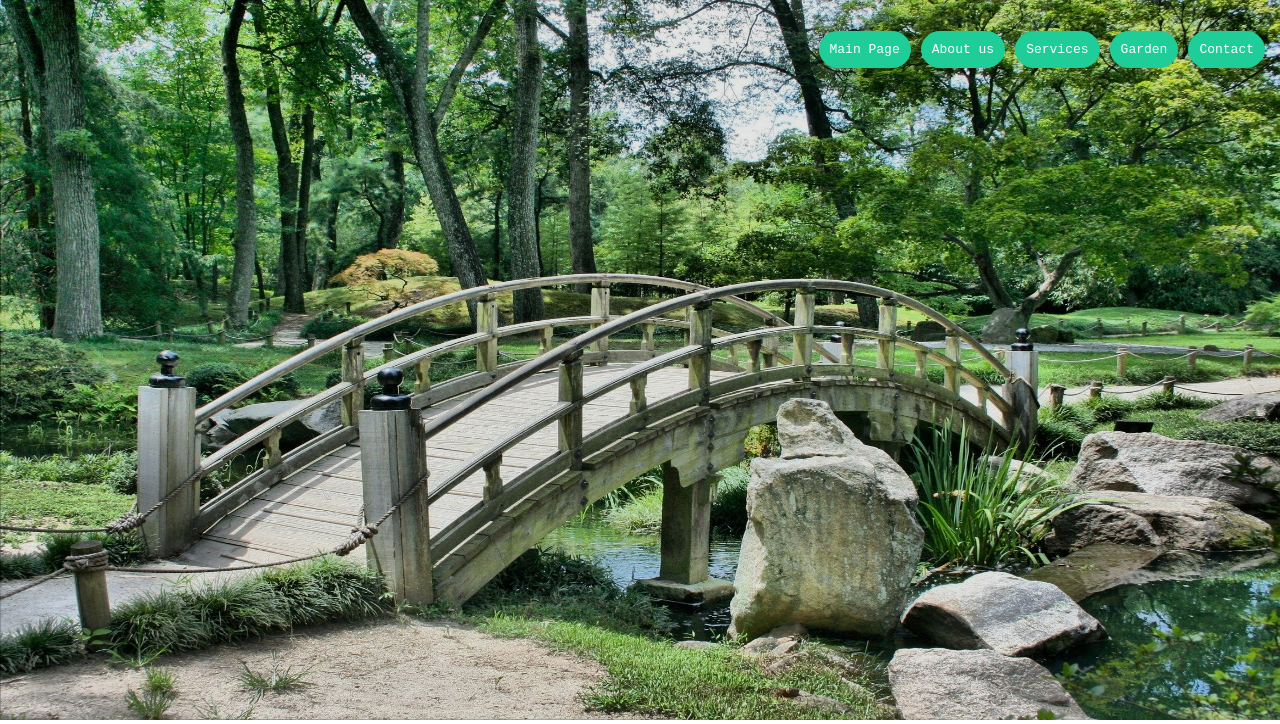
Repository: PatryxB/garden
Page: http://localhost/
These files come from the project's save history. The page is drawn as it stood at one moment and after the next save; the edit follows.
The browser window is 1280 px wide. The pictures show the whole page.
Some web fonts or font styles are not loaded; a fallback is used. The page is served by the project's Laravel application, run on PHP 8.4 with Laravel 8. Style sheets and scripts are compiled from the project's sources, by tool versions that may differ from the author's.

Above is the page before, as saved 2020-05-01 21:22:22.

After the next save:
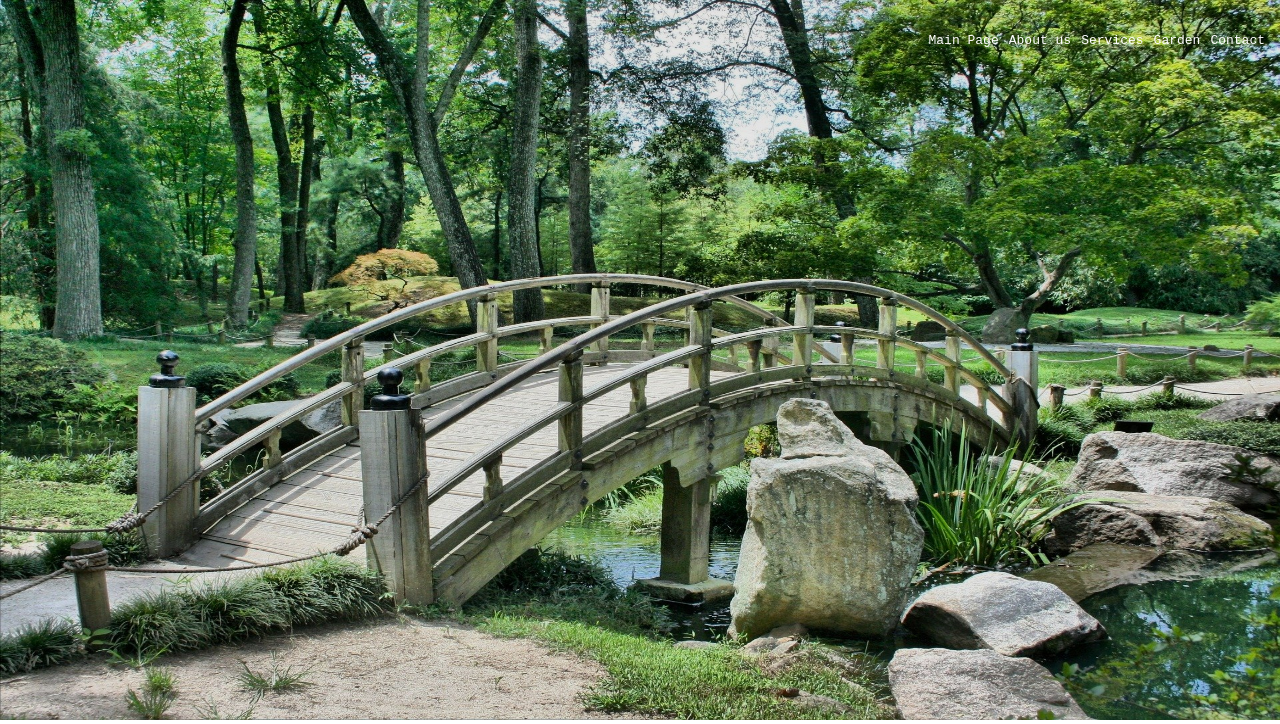
Saved 3 min 33 s later.
--- a/resources/sass/app.scss
+++ b/resources/sass/app.scss
@@ -20,14 +20,9 @@ nav ul li a{
     text-decoration: none;
     font-size: 13px;
     display: inline-block;
-    background-color: #1ECD97;
     color: white;
-    border: solid 1px #1ECD97;
-    padding: 10px;
-    border-radius: 25px;
     margin-left: 10px;
     cursor:pointer;
-    transition: all 0.2s ease-in-out;
 }
 li{
     list-style: none;
